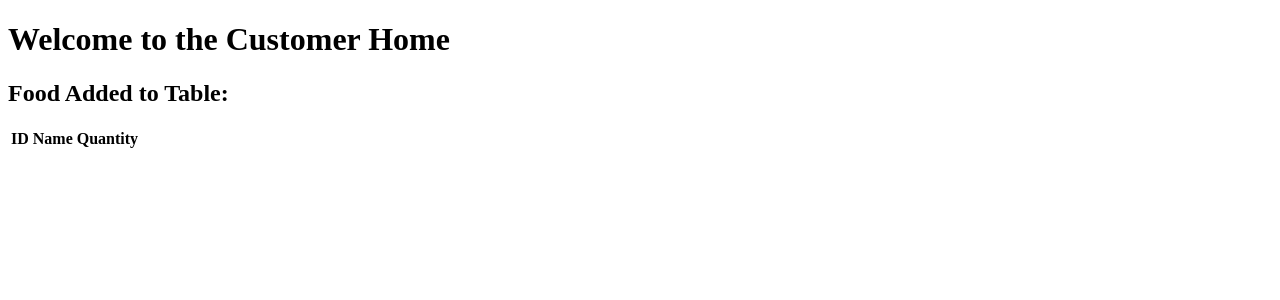
Repository: NguyenHuy-lang/RestaurantMicroserviceFrontEnd
Page: food.html
The author's editor kept a copy of each file at every save. The page is drawn from the files as they stood at one save, then again after the next save.
The browser window is 1280 px wide. The pictures show the whole page.
The page's requests for data from a server got no answer.

Above is the page before, as saved 2023-06-08 07:18:46.

After the next save:
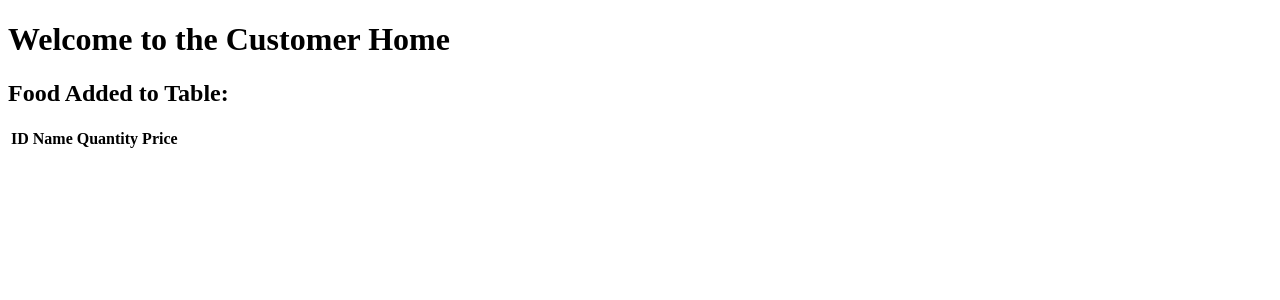
Saved 92 s later.
--- a/food.html
+++ b/food.html
@@ -15,6 +15,7 @@
         <th>ID</th>
         <th>Name</th>
         <th>Quantity</th>
+        <th>Price</th>
       </tr>
     </thead>
     <tbody id="added-foods-body">
